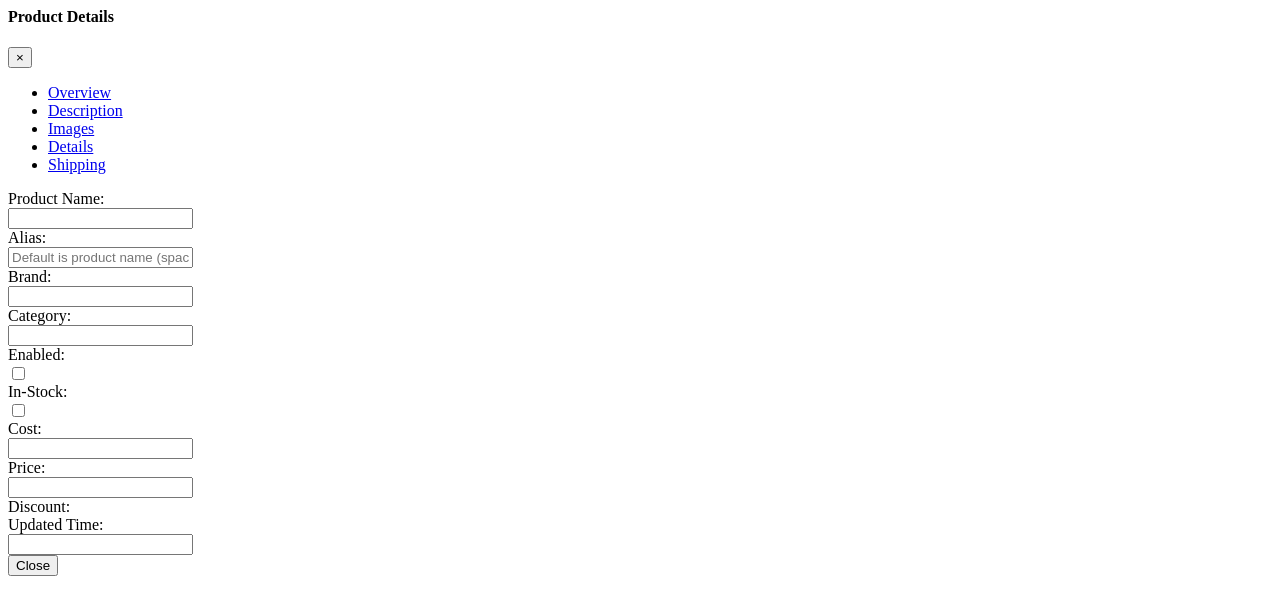
Repository: phongdz-cloud/SpringBoot-Ecommerce
Page: http://localhost/customers/product_detail_modal
These files come from the project's save history. The page is drawn as it stood at one moment and after the next save; the edit follows.
The browser window is 1280 px wide. The pictures show the whole page.
The page is this project's Thymeleaf template; nobody is signed in. The template is opened directly, without the code that normally fills it, so the values that code supplies are empty.

Above is the page before, as saved 2022-01-03 03:58:57.

After the next save:
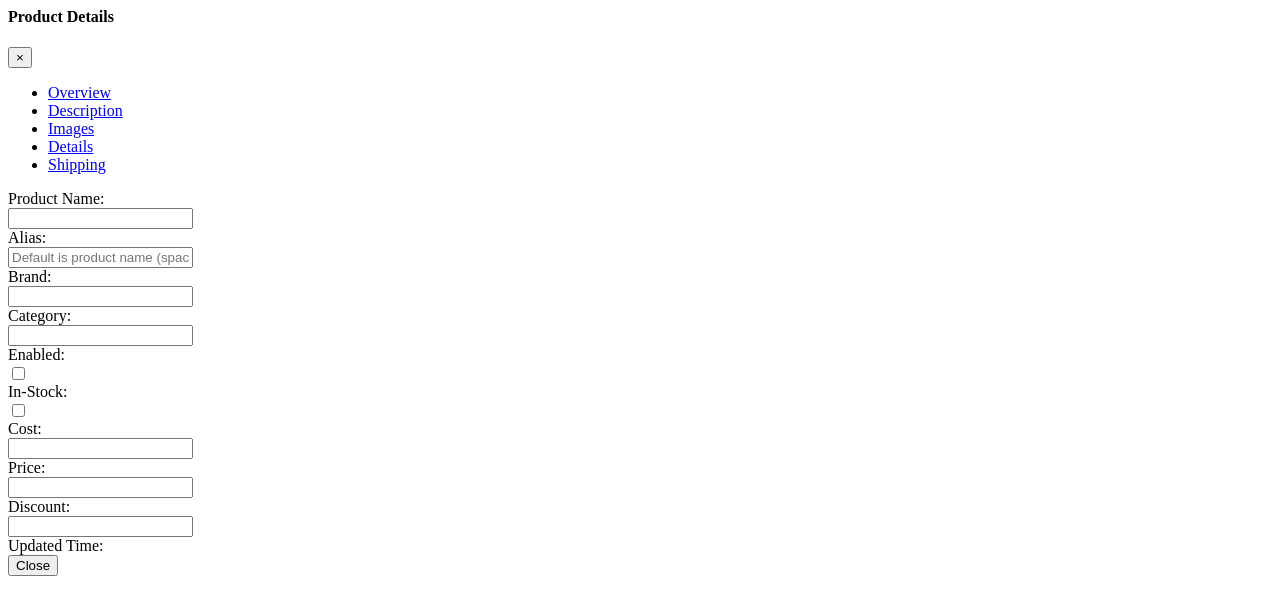
Saved 27 s later.
--- a/ShopmeProject/ShopmeWebParent/ShopmeBackend/src/main/resources/templates/customers/product_detail_modal.html
+++ b/ShopmeProject/ShopmeWebParent/ShopmeBackend/src/main/resources/templates/customers/product_detail_modal.html
@@ -86,14 +86,14 @@
 			<div class="form-group row">
 				<label class="col-sm-2 col-form-label">Discount:</label>
 				<div class="col-sm-10">
-					<span>[[${product.updateTime}]]</span>
+					<input type="text" class="form-control" th:value="${product.discountPercent}" readonly />
 				</div>
 			</div>
 
 			<div class="form-group row">
 				<label class="col-sm-2 col-form-label">Updated Time:</label>
 				<div class="col-sm-10">
-					<input type="text" class="form-control" th:value="${product.discountPercent}" readonly />
+					<span>[[${product.updateTime}]]</span>
 				</div>
 			</div>
 		</div>
